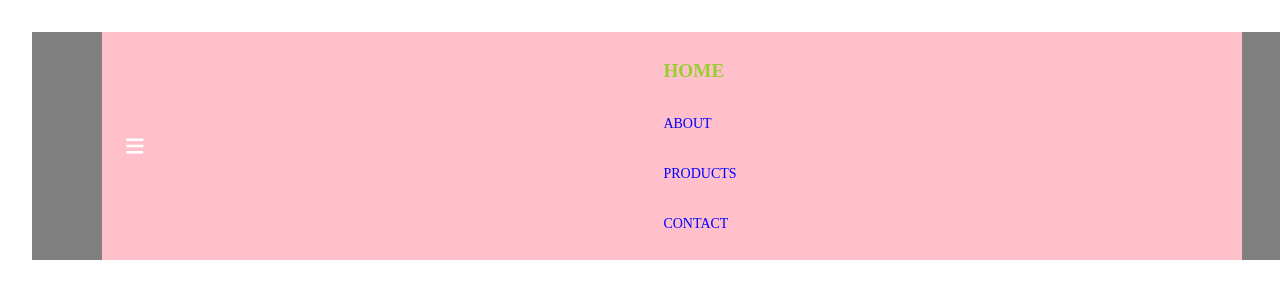
Repository: RalucaZota/cakeshop
Page: /
These files come from the project's save history. The page is drawn as it stood at one moment and after the next save; the edit follows.
The browser window is 1280 px wide. The pictures show the whole page.
The project was rebuilt for these pictures with package versions that can differ from the ones it lists, and the page was loaded fresh each time. Also part of the build but not shown: vite.config.js, src/views/Products.vue, src/views/About.vue, src/views/Contact.vue.

Above is the page before, as saved 2023-06-02 19:09:38.

After the next save:
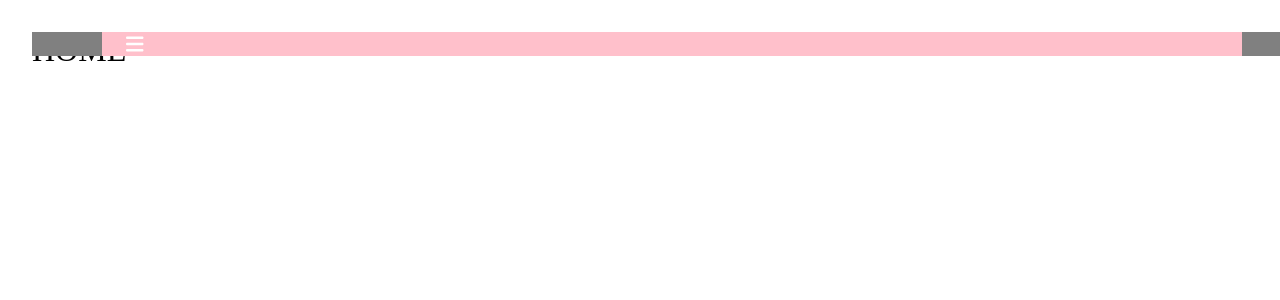
Saved 18 s later.
--- a/src/components/Navbar.vue
+++ b/src/components/Navbar.vue
@@ -75,7 +75,7 @@
     return {
       scrollPosition: null,
       mobile: true,
-      mobileNav: true,
+      mobileNav: null,
       windowWidth: null
     }
   }

After the save that followed:
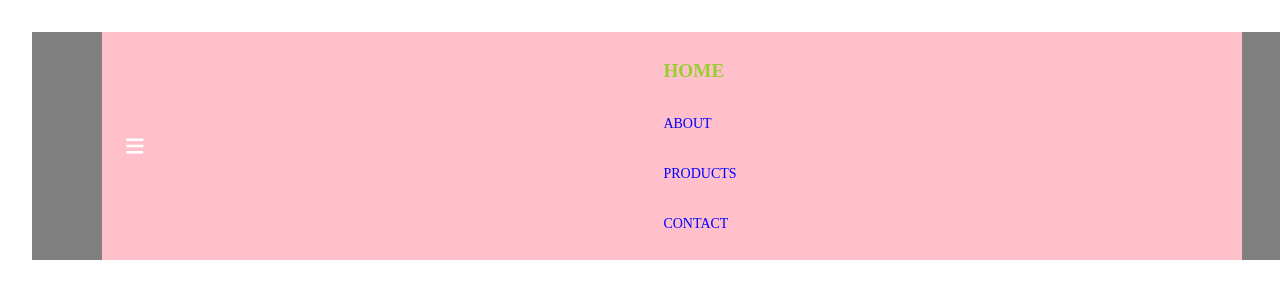
Saved 9 s later.
--- a/src/components/Navbar.vue
+++ b/src/components/Navbar.vue
@@ -75,7 +75,7 @@
     return {
       scrollPosition: null,
       mobile: true,
-      mobileNav: null,
+      mobileNav: true,
       windowWidth: null
     }
   }
